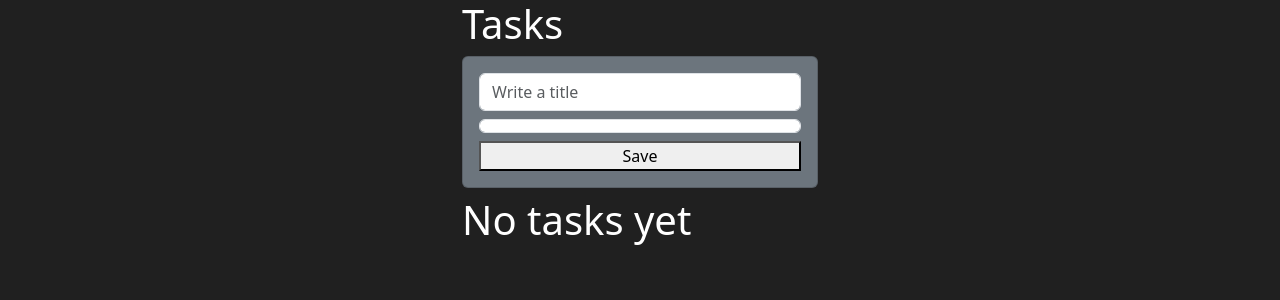
Repository: ChemsJam/django_postgres_todo
Page: http://localhost/tasks/
The author's editor kept a copy of each file at every save. The page is drawn from the files as they stood at one save, then again after the next save.
The browser window is 1280 px wide. The pictures show the whole page.
The page is served by the project's application, run on Django 5.2 (manage.py). Other server files are loaded and not shown. Queries for data that is not in the repository find no rows.

Above is the page before, as saved 2024-08-19 15:50:23.

### tasks/templates/TasksList.html
{% load static %}

<!DOCTYPE html>
<html lang="en">
<head>
    <meta charset="UTF-8">
    <meta name="viewport" content="width=device-width, initial-scale=1.0">
    <title>DJango Crud</title>
    <link rel="stylesheet" href="https://cdn.jsdelivr.net/npm/bootstrap@5.3.2/dist/css/bootstrap.min.css">
    <link rel="stylesheet" href={% static 'main.css' %}>
</head>
<body>
    <div class="container">
        <div class="row">
            <div class="col-md-4 offset-md-4">
                <h1>
                    Tasks
                </h1>
                <form action={% url 'create_tasks' %} method="POST" class="card card-body bg-secondary mb-2">
                {% csrf_token %}
                <input type="text" name="tittle" placeholder="Write a title" class="form-control mb-2">

                <label name="description" rows="3" placeholder="Write a description" class="form-control mb-2"></label>

                <button>Save</button>

                </form>

                {% for task in tasks %}
                <div>
                    <h4>{{task.tittle}}</h4>
                    <p>{{task.description}}</p>
                    <form action={% url 'delete_task' task.id %} method="POST">
                        {% csrf_token %}
                        <button>Delete</button>
                    </form>
                </div>

                {% empty %}
                <h1>No tasks yet</h1>
                {% endfor %}
            </div>
        </div>
    </div>
</body>
</html>

### tasks/views.py
from django.shortcuts import render, redirect
from .models import Task

# Create your views here.
def list_tasks(request):
    tasks = Task.objects.all()
    return render(request, 'TasksList.html', {'tasks': tasks})

def create_task(request):
    task = Task(tittle=request.POST['tittle'], description=request.POST['description'])
    task.save()
    return redirect('/tasks/')

def delete_task(request, task_id):
    task = Task.objects.get(id=task_id)
    task.delete()
    return redirect('/tasks/')

### django_postgres/urls.py
"""
URL configuration for django_postgres project.

The `urlpatterns` list routes URLs to views. For more information please see:
    https://docs.djangoproject.com/en/5.1/topics/http/urls/
Examples:
Function views
    1. Add an import:  from my_app import views
    2. Add a URL to urlpatterns:  path('', views.home, name='home')
Class-based views
    1. Add an import:  from other_app.views import Home
    2. Add a URL to urlpatterns:  path('', Home.as_view(), name='home')
Including another URLconf
    1. Import the include() function: from django.urls import include, path
    2. Add a URL to urlpatterns:  path('blog/', include('blog.urls'))
"""
from django.contrib import admin
from django.urls import path, include


urlpatterns = [
    path('admin/', admin.site.urls),
    path('tasks/', include('tasks.urls'))
]

### tasks/urls.py
from django.urls import path
from .views import list_tasks, create_task, delete_task

urlpatterns = [
    path('', list_tasks),
    path('new/', create_task, name='create_tasks'),
    path('delete/<int:task_id>/', delete_task, name='delete_task' )
]

### tasks/static/main.css
body {
    background-color: #202020;
    color: white;
}

After the next save:
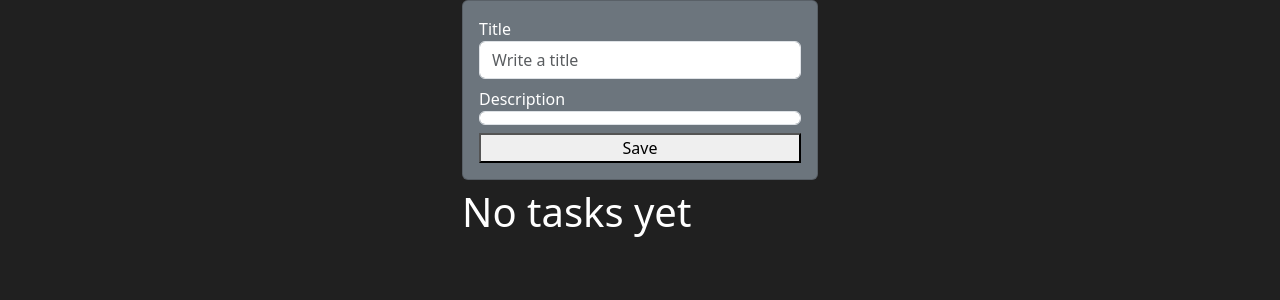
Saved 46 s later.
--- a/tasks/templates/TasksList.html
+++ b/tasks/templates/TasksList.html
@@ -13,13 +13,16 @@
     <div class="container">
         <div class="row">
             <div class="col-md-4 offset-md-4">
-                <h1>
-                    Tasks
-                </h1>
+
                 <form action={% url 'create_tasks' %} method="POST" class="card card-body bg-secondary mb-2">
                 {% csrf_token %}
+                <label>
+                    Title
+                </label>
                 <input type="text" name="tittle" placeholder="Write a title" class="form-control mb-2">
-
+                <label>
+                    Description
+                </label>
                 <label name="description" rows="3" placeholder="Write a description" class="form-control mb-2"></label>
 
                 <button>Save</button>
